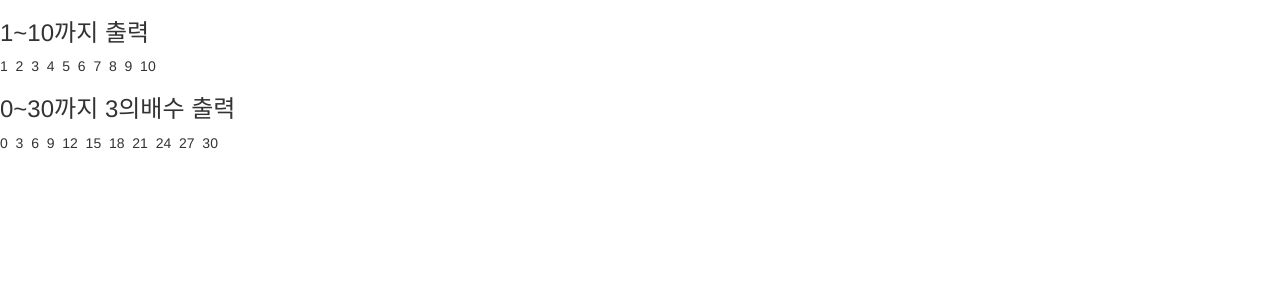
Repository: jungbee2/jungproject
Page: http://localhost/JstlProject/day0330/ex5_foreach.jsp
An editor plug-in stored every save of this project. The page is shown before and after the next save, followed by the edit.
The browser window is 1280 px wide. The pictures show the whole page.
Some web fonts or font styles are not loaded; a fallback is used. The page is served by Tomcat 9.

Above is the page before, as saved 2023-03-30 02:25:07.

After the next save:
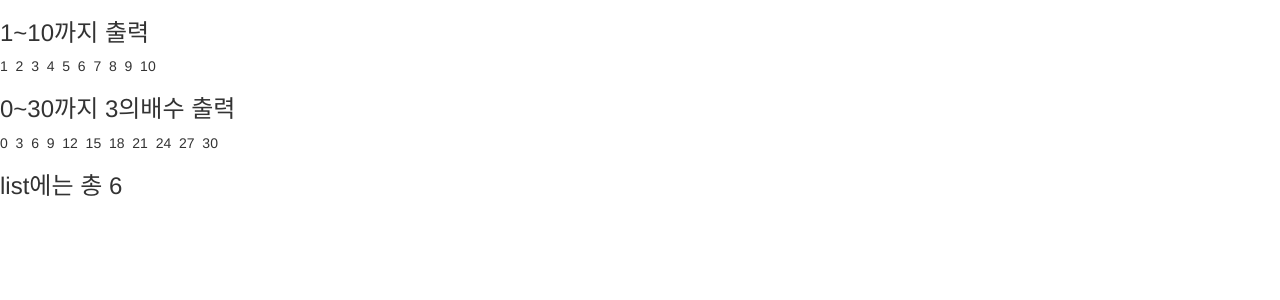
Saved 68 s later.
--- a/JstlProject/src/main/webapp/day0330/ex5_foreach.jsp
+++ b/JstlProject/src/main/webapp/day0330/ex5_foreach.jsp
@@ -48,5 +48,7 @@
 	${a }&nbsp;
 </c:forEach>
 
+
+<h3>list에는 총 ${requestScope.total }</h3>
 </body>
 </html>
